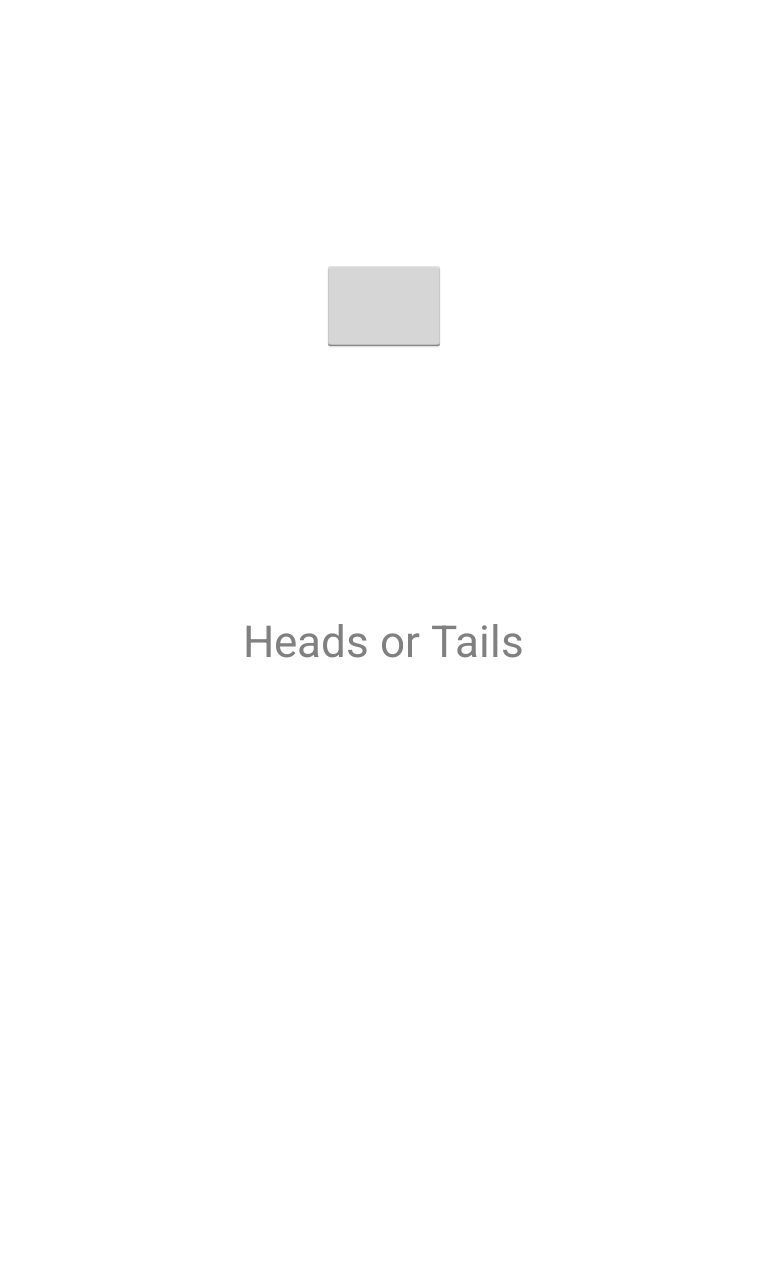
Repository: brandonmackey/FS-Java1
Layout: Java1/Java1Wk1_3/res/layout/activity_main.xml
An editor plug-in stored every save of this project. The layout is shown before and after the next save, followed by the edit.
It is drawn on a 768 x 1280 px phone screen (xhdpi) without system bars, with theme AppTheme; the app's code is not run.

Above is the layout before, as saved 2014-05-09 23:34:32.

After the next save:
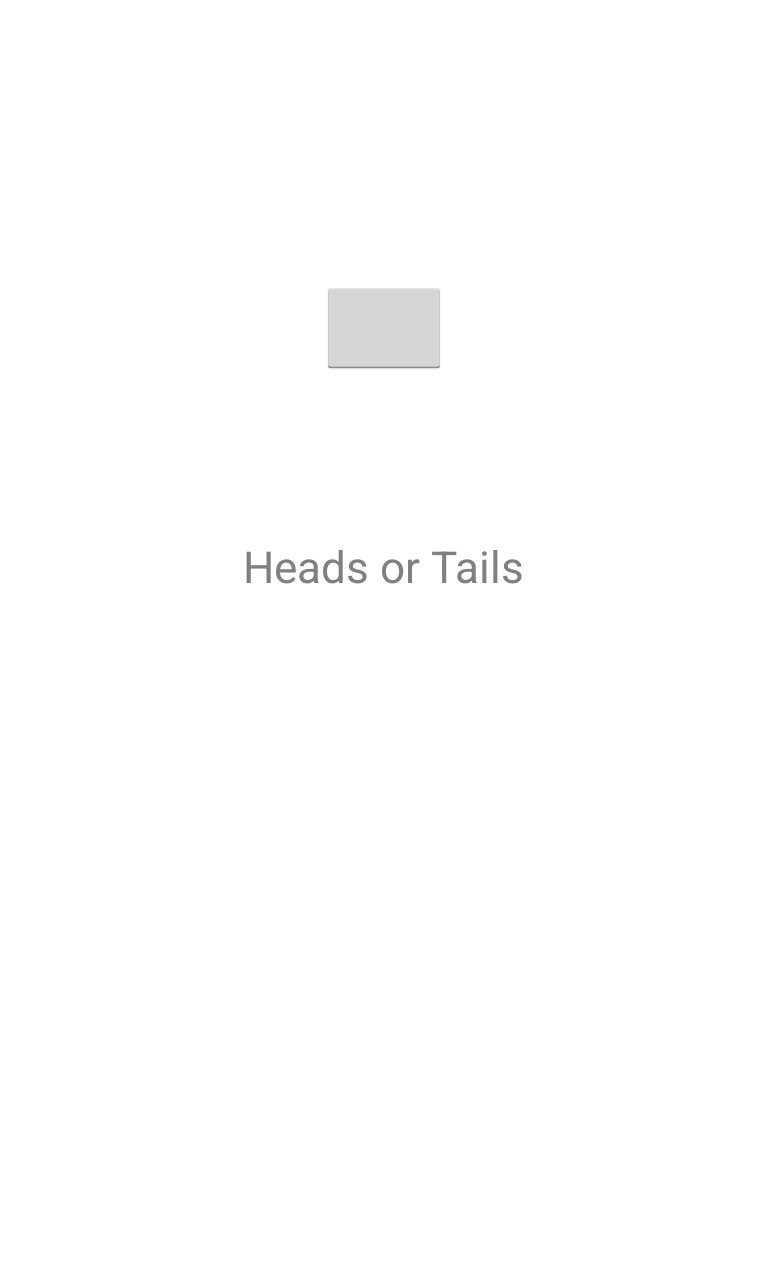
Saved 15 s later.
--- a/Java1/Java1Wk1_3/res/layout/activity_main.xml
+++ b/Java1/Java1Wk1_3/res/layout/activity_main.xml
@@ -13,16 +13,17 @@
         android:layout_height="wrap_content"
         android:layout_alignParentTop="true"
         android:layout_centerHorizontal="true"
-        android:layout_marginTop="129dp"
+        android:layout_marginTop="140dp"
         android:text="@string/Flip" />
 
     <TextView
         android:id="@+id/textView1"
         android:layout_width="wrap_content"
         android:layout_height="wrap_content"
+        android:layout_below="@+id/button1"
         android:layout_centerHorizontal="true"
-        android:layout_centerVertical="true"
-        android:hint="Heads or Tails"
+        android:layout_marginTop="80dp"
+        android:hint="@string/heads_or_tails"
         android:textAppearance="?android:attr/textAppearanceLarge" />
 
 </RelativeLayout>
